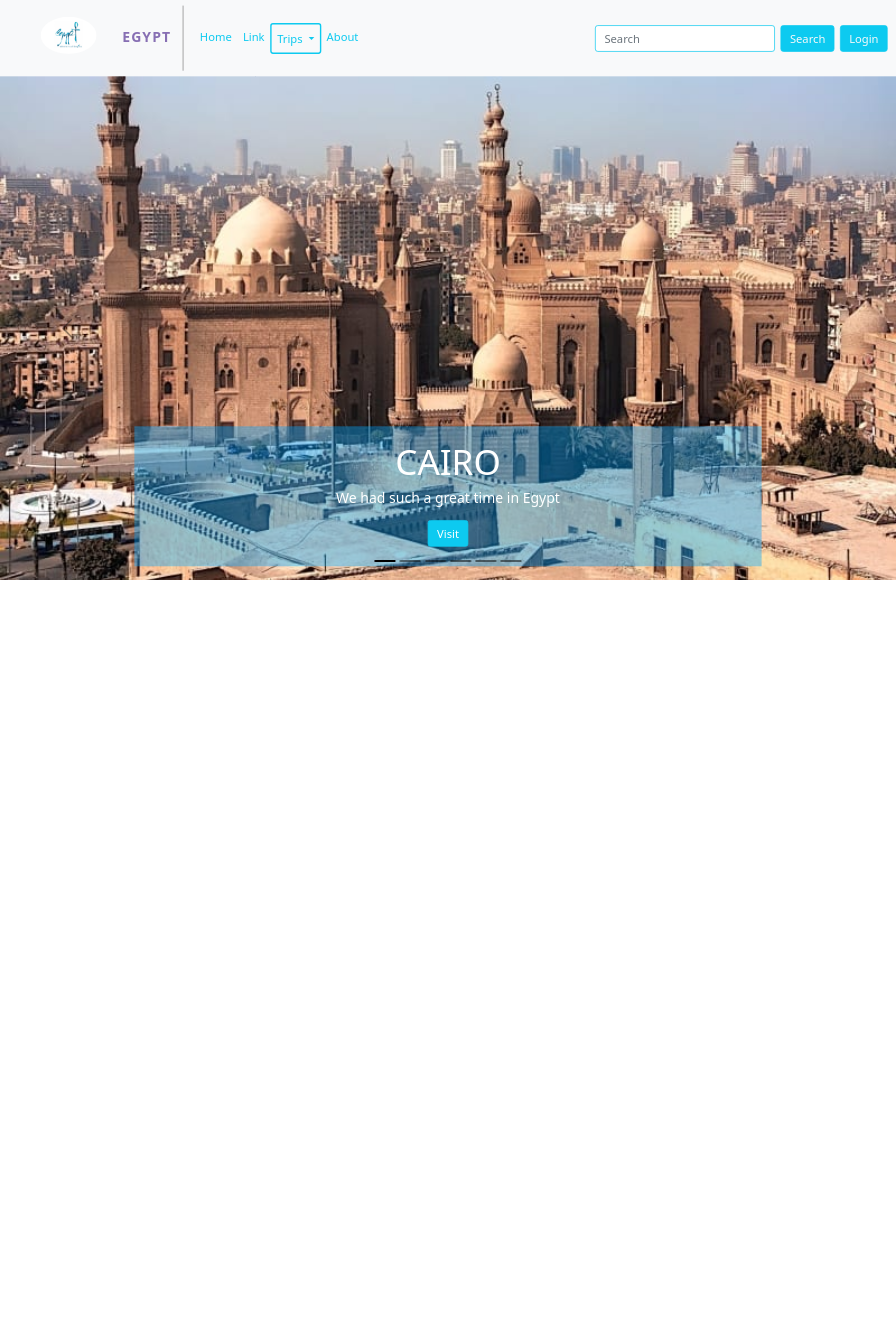
Repository: Ahmed123rezk123/P-temp
Page: index.html
The author's editor kept a copy of each file at every save. The page is drawn from the files as they stood at one save, then again after a run of saves.
The browser window is 1280 px wide. The pictures show the part of the page from y = 0 to 1920 px (the page is 10000 px tall), at 70% of full size.

Above is the page before, as saved 2024-02-15 13:42:14.

### index.html
<!DOCTYPE html>
<html lang="en">
  <head>
    <meta charset="UTF-8" />
    <meta name="viewport" content="width=device-width, initial-scale=1.0" />
    <title>Document</title>
    <link rel="stylesheet" href="CSS/style.css" />
    <link rel="stylesheet" href="CSS/all.css" />
    <link
      href="https://cdn.jsdelivr.net/npm/bootstrap@5.1.3/dist/css/bootstrap.min.css"
      rel="stylesheet"
      integrity="sha384-1BmE4kWBq78iYhFldvKuhfTAU6auU8tT94WrHftjDbrCEXSU1oBoqyl2QvZ6jIW3"
      crossorigin="anonymous"
    />
  </head>
  <body>
    <nav class="navbar navbar-expand-lg bg-light sticky-top">
      <div class="container-fluid">
        <a class="navbar-brand egypt p-lg-3" href="#">
          <img
            src="images/e2533023876439.5632a45cc17d8.jpg"
            class="img-fluid logo mb-2"
            alt=""
          />
          EGYPT
        </a>
        <button
          class="navbar-toggler"
          type="button"
          data-bs-toggle="collapse"
          data-bs-target="#navbarSupportedContent"
          aria-controls="navbarSupportedContent"
          aria-expanded="false"
          aria-label="Toggle navigation"
        >
          <i class="fas fa-bars"></i>
        </button>
        <div class="collapse navbar-collapse" id="navbarSupportedContent">
          <ul class="navbar-nav me-auto mb-2 mb-lg-0">
            <li class="nav-item">
              <a
                class="nav-link active text-info p-lg-2"
                aria-current="page"
                href="#"
                >Home</a
              >
            </li>
            <li class="nav-item">
              <a class="nav-link text-info p-lg-2" href="#">Link</a>
            </li>
            <li class="nav-item dropdown">
              <a
                class="nav-link dropdown-toggle text-info border rounded border-info border-2 trips p-lg-2"
                href="#"
                id="navbarDropdown"
                role="button"
                data-bs-toggle="dropdown"
                aria-expanded="false"
              >
                Trips
              </a>
              <ul class="dropdown-menu" aria-labelledby="navbarDropdown">
                <li><a class="dropdown-item text-info" href="#">Cairo</a></li>
                <li><a class="dropdown-item text-info" href="#">Alex</a></li>
                <li><hr class="dropdown-divider text-info" /></li>
                <li><a class="dropdown-item text-info" href="#">Aswan</a></li>
                <li><a class="dropdown-item text-info" href="#">Luxor</a></li>
                <li>
                  <a class="dropdown-item text-info" href="#">Sharm Elsaikh</a>
                </li>
                <li>
                  <a class="dropdown-item text-info" href="#">El Glala</a>
                </li>
                <li>
                  <a class="dropdown-item text-info" href="#">More ...</a>
                </li>
              </ul>
            </li>
            <li class="nav-item">
              <a class="nav-link disabled text-info p-lg-2">About</a>
            </li>
          </ul>
          <form class="d-flex">
            <input
              class="form-control border-info me-2"
              type="search"
              placeholder="Search"
              aria-label="Search"
            />
            <button class="btn btn-info me-2 text-light" type="submit">
              Search
            </button>
            <button type="button" class="btn btn-info text-light"  data-bs-toggle="modal" data-bs-target="#exampleModal">
              Login
            </button>

          </form>
        </div>
      </div>
    </nav>
    <!-- start model -->
    <div
    class="modal fade"
    id="exampleModal"
    tabindex="-1"
    aria-labelledby="exampleModalLabel"
    aria-hidden="true"
  >
    <div class="modal-dialog">
      <div class="modal-content">
        <div class="modal-header bg-info">
          <h5 class="modal-title   text-white " id="exampleModalLabel">
            Login
          </h5>
          <button
            type="button"
            class="btn-close bg-light"
            data-bs-dismiss="modal"
            aria-label="Close"
          ></button>
        </div>
        <div class="modal-body text-info">
          <form>
            <div class="mb-3">
              <label for="exampleInputEmail1" class="form-label">Email address</label>
              <input type="email" class="form-control  border border-info" id="exampleInputEmail1" aria-describedby="emailHelp">
              <div id="emailHelp" class="form-text">We'll never share your email with anyone else.</div>
            </div>
            <div class="mb-3">
              <label for="exampleInputPassword1" class="form-label">Password</label>
              <input type="password" class="form-control border border-info" id="exampleInputPassword1">
            </div>
            <div class="form-check form-switch   ">
              <input class="form-check-input bg-info" type="checkbox" role="switch" id="flexSwitchCheckChecked" checked>
              <label class="form-check-label " for="flexSwitchCheckChecked">Remmember me</label>
            </div>
          </form>
        </div>

        <div class="modal-footer">
            <button type="button" class="btn btn-info text-white">Login</button>
          <button type="button" class="btn btn-info text-white"  data-bs-dismiss="modal"  aria-label="Close">
            Close
          </button>

        </div>
      </div>

    </div>
  </div>
  <!-- end model -->
<!--  Section 1-->
<div id="carouselExampleDark" class="carousel carousel-dark slide" data-bs-ride="carousel">
  <div class="carousel-indicators">
    <button type="button" data-bs-target="#carouselExampleDark" data-bs-slide-to="0" class="active" aria-current="true" aria-label="Slide 1"></button>
    <button type="button" data-bs-target="#carouselExampleDark" data-bs-slide-to="1" aria-label="Slide 2"></button>
    <button type="button" data-bs-target="#carouselExampleDark" data-bs-slide-to="2" aria-label="Slide 3"></button>
    <button type="button" data-bs-target="#carouselExampleDark" data-bs-slide-to="3" aria-label="Slide 4"></button>
    <button type="button" data-bs-target="#carouselExampleDark" data-bs-slide-to="4" aria-label="Slide 5"></button>
    <button type="button" data-bs-target="#carouselExampleDark" data-bs-slide-to="5" aria-label="Slide 6"></button>
  </div>
  <div class="carousel-inner">
    <div class="carousel-item active" data-bs-interval="10000">
      <img src="images/cairo.jpg" class="" alt="...">
      <div class="carousel-caption d-none d-md-block content">
        <h1 class="text-white">CAIRO</h1>
        <p class="text-white">We had such a great time in Egypt</p>
        <button type="button" class="btn btn-info text-white">Visit</button>
      </div>
    </div>
    <div class="carousel-item" data-bs-interval="2000">
      <img src="images/Alex.jpg" class="" alt="...">
      <div class="carousel-caption d-none d-md-block content">
        <h1 class="text-white">ALEX</h1>
        <p class="text-white">Alex is great</p>
        <button type="button" class="btn btn-info text-white">Visit</button>
      </div>
    </div>
    <div class="carousel-item">
      <img src="images/sharm.jpg" class="" alt="...">
      <div class="carousel-caption d-none d-md-block content">
        <h1 class="text-white">Sharm Elshekh</h1>
        <p class="text-white">Sharm is beautiful</p>
        <button type="button" class="btn btn-info text-white">Visit</button>
      </div>
    </div>
    <div class="carousel-item">
      <img src="images/glala.jpg" class="" alt="...">
      <div class="carousel-caption d-none d-md-block content">
        <h1 class="text-white">El Glala</h1>
        <p class="text-white">I love El Glala</p>
        <button type="button" class="btn btn-info text-white">Visit</button>
      </div>
    </div>
    <div class="carousel-item">
      <img src="images/aswan.jpg" class="" alt="...">
      <div class="carousel-caption d-none d-md-block">
        <h1 class="text-white">Aswan</h1>
        <p class="text-white">I want visit Aswan</p>
        <button type="button" class="btn btn-info text-white">Visit</button>
      </div>
    </div>
    <div class="carousel-item">
      <img src="images/الأقصر-2.jpg" class="" alt="...">
      <div class="carousel-caption d-none d-md-block">
        <h1 class="text-white">Luxor</h1>
        <p class="text-white">I love this city</p>
        <button type="button" class="btn btn-info text-white">Visit</button>
      </div>
    </div>
  </div>
  <button class="carousel-control-prev" type="button" data-bs-target="#carouselExampleDark" data-bs-slide="prev">
    <span class="carousel-control-prev-icon" aria-hidden="true"></span>
    <span class="visually-hidden">Previous</span>
  </button>
  <button class="carousel-control-next" type="button" data-bs-target="#carouselExampleDark" data-bs-slide="next">
    <span class="carousel-control-next-icon" aria-hidden="true"></span>
    <span class="visually-hidden">Next</span>
  </button>
</div>
  <script
      src="https://cdn.jsdelivr.net/npm/bootstrap@5.1.3/dist/js/bootstrap.bundle.min.js"
      integrity="sha384-ka7Sk0Gln4gmtz2MlQnikT1wXgYsOg+OMhuP+IlRH9sENBO0LRn5q+8nbTov4+1p"
      crossorigin="anonymous"
    ></script>
  </body>
</html>

### CSS/style.css
* {
    margin: 0;
    padding: 0;
    box-sizing: border-box;
}
body {
    height: 10000px;
}

.logo{
    width: 80px;
    height: 80px;
    border-radius: 50%;
    margin: 0 30px;
}
.egypt {
    position: relative;
    font-weight: bold;
    color:#876fb3;
    letter-spacing: 1.5px;
    border-right: 1px solid   gray;
    padding: 10px;

}

.navbar .navbar-toggler {
    border-color: gray;
    color: gray;
    font-size: 18px;
}
/* .navbar .navbar-toggler:focus {
box-shadow: none;

}
  */

  .carousel-inner .content {
    width: 70%;
    height: 200px;
    background-color: rgb(0, 166, 255,.4);
    letter-spacing: 1.5;
  }
  .carousel-inner .content h1 {
    text-transform: uppercase;
    font-size: 50px;
  }
  .carousel-inner .content p {
    font-size: 20px;
  }
  .carousel-inner img {
    width: 100%;
    height: 30%;
}

Loaded but not shown: CSS/all.css (library)

After the next 3 saves:
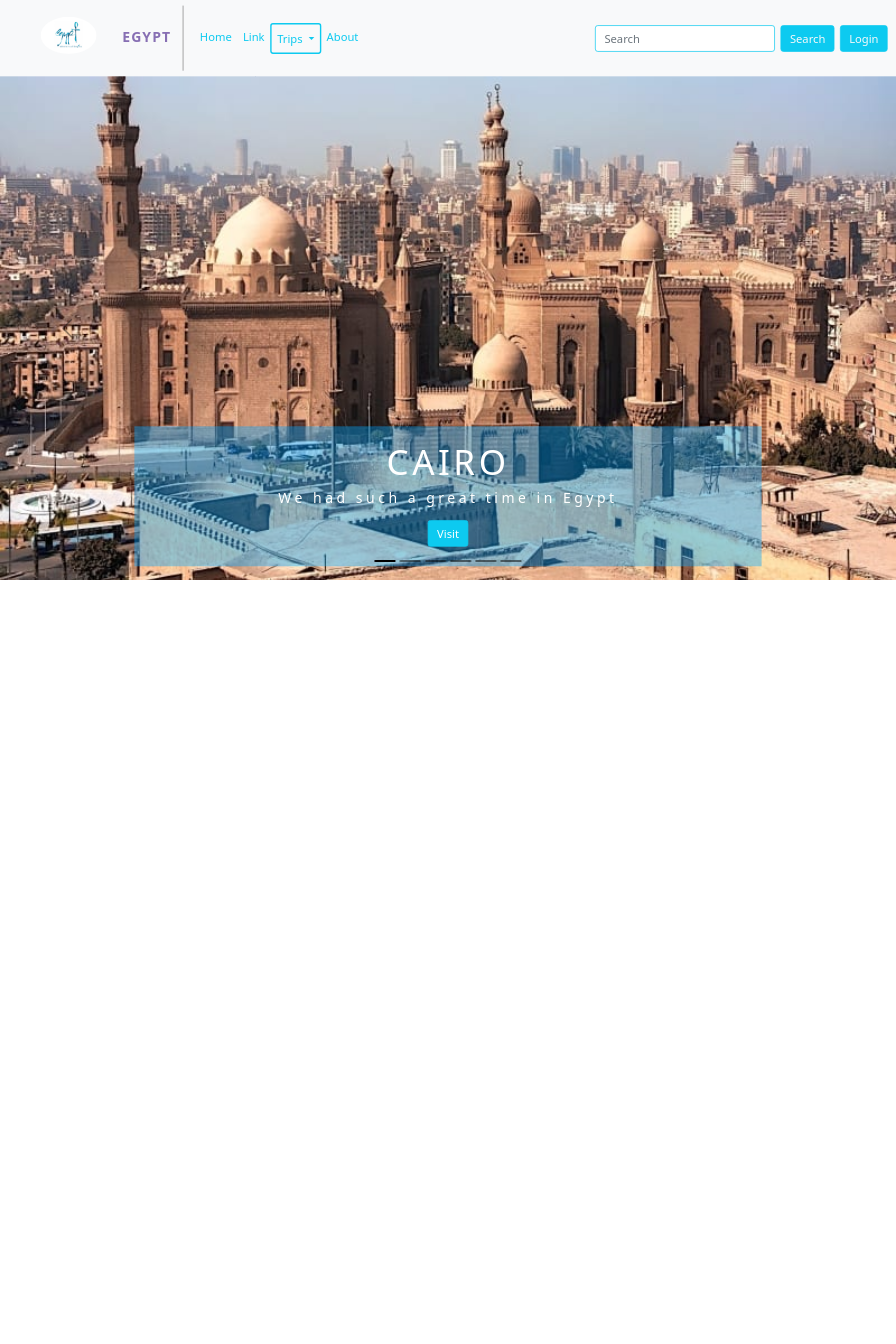
The 3 saves are shown as one change because they came seconds apart.
The last was saved 16 s later.
--- a/CSS/style.css
+++ b/CSS/style.css
@@ -38,7 +38,7 @@ box-shadow: none;
     width: 70%;
     height: 200px;
     background-color: rgb(0, 166, 255,.4);
-    letter-spacing: 1.5;
+    letter-spacing: 5px;
   }
   .carousel-inner .content h1 {
     text-transform: uppercase;
